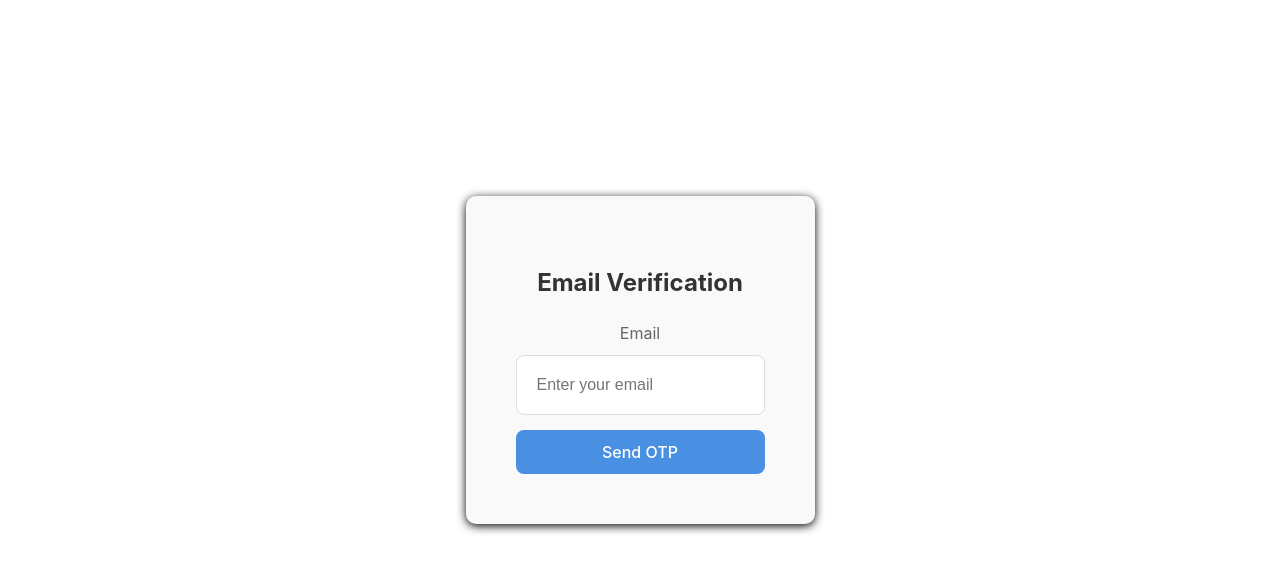
Repository: sarathraj2002/MockTest
Page: / (app in Frontend/)
The author's editor kept a copy of each file at every save. The page is drawn from the files as they stood at one save, then again after the next save.
The browser window is 1280 px wide. The pictures show the whole page.
The project was rebuilt for these pictures with package versions that can differ from the ones it lists, and the page was loaded fresh each time. Also part of the build but not shown: Frontend/vite.config.js, Frontend/src/components/Home.jsx, Frontend/src/components/Mail.jsx.

Above is the page before, as saved 2024-11-13 17:02:49.

After the next save:
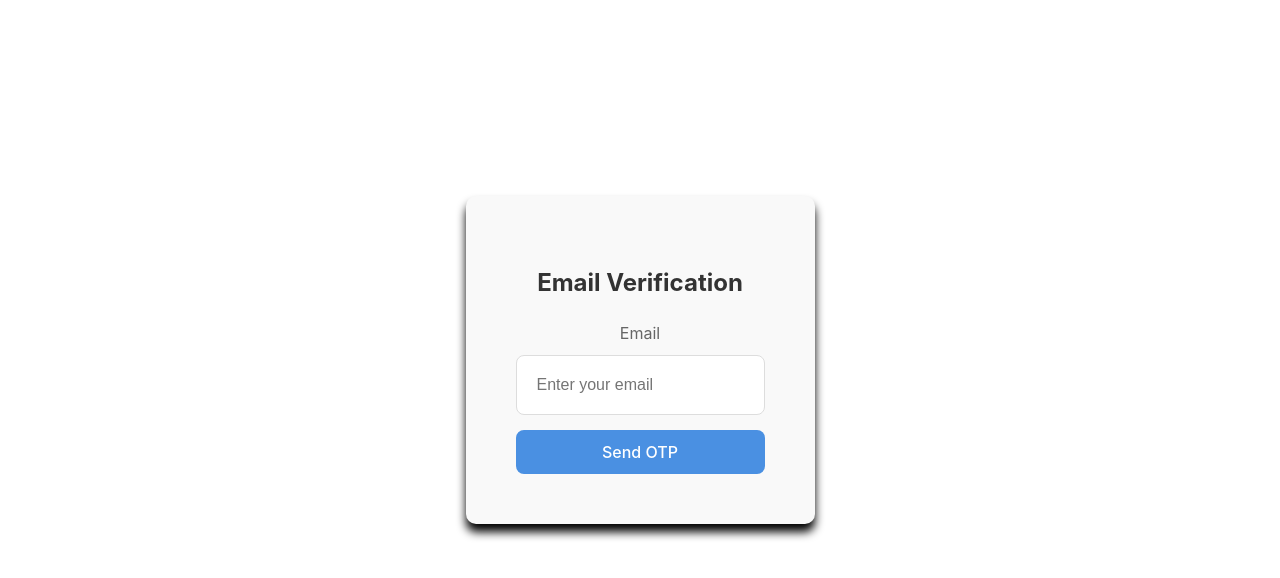
Saved 6 s later.
--- a/Frontend/src/components/Otp.jsx
+++ b/Frontend/src/components/Otp.jsx
@@ -57,7 +57,7 @@ function Email({ onEmailSubmit }) {
     padding: '50px',
     textAlign: 'center',
     backgroundColor: '#f9f9f9',
-    boxShadow: '0 2px 10px rgba(2, 2, 2, 2)',
+    boxShadow: '0 8px 10px rgba(2, 2, 2, 2)',
     borderRadius: '10px',
   }}
 >
